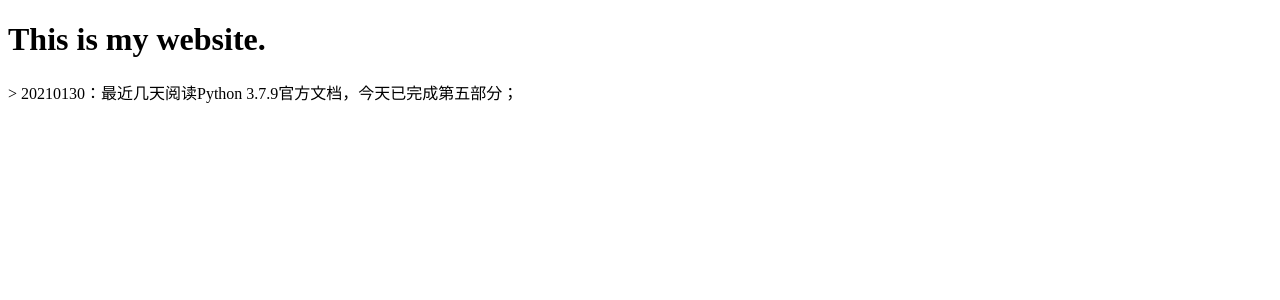
Repository: wangjitao1024/wangjitao1024.github.io
Page: index.html
An editor plug-in stored every save of this project. The page is shown before and after the next save, followed by the edit.
The browser window is 1280 px wide. The pictures show the whole page.

Above is the page before, as saved 2021-01-30 18:49:06.

### index.html
<!DOCTYPE html>
<html lang = 'en'>
<head>
    <meta charset="UTF-8">
    <title>在github上搭建博客</title>
</head>

<body>
    <h1>This is my website. </h1><h1></h1>>
    20210130：最近几天阅读Python 3.7.9官方文档，今天已完成第五部分；
</body>
</html>

After the next save:
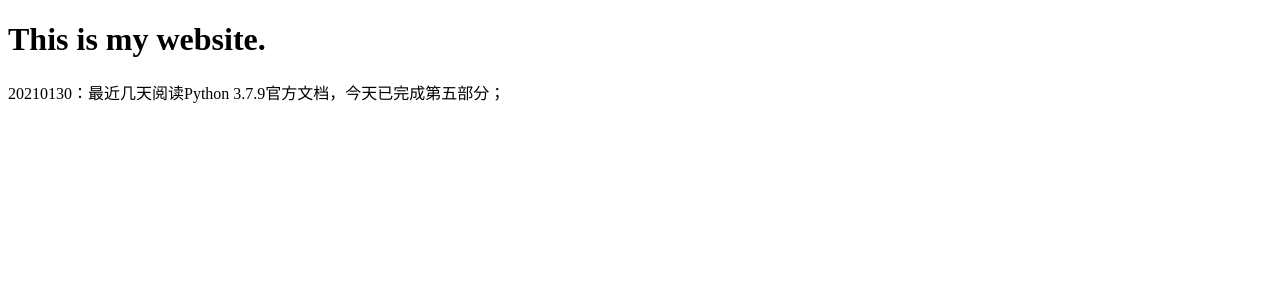
Saved 7 s later.
--- a/index.html
+++ b/index.html
@@ -6,7 +6,7 @@
 </head>
 
 <body>
-    <h1>This is my website. </h1><h1></h1>>
+    <h1>This is my website. </h1>
     20210130：最近几天阅读Python 3.7.9官方文档，今天已完成第五部分；
 </body>
 </html>
